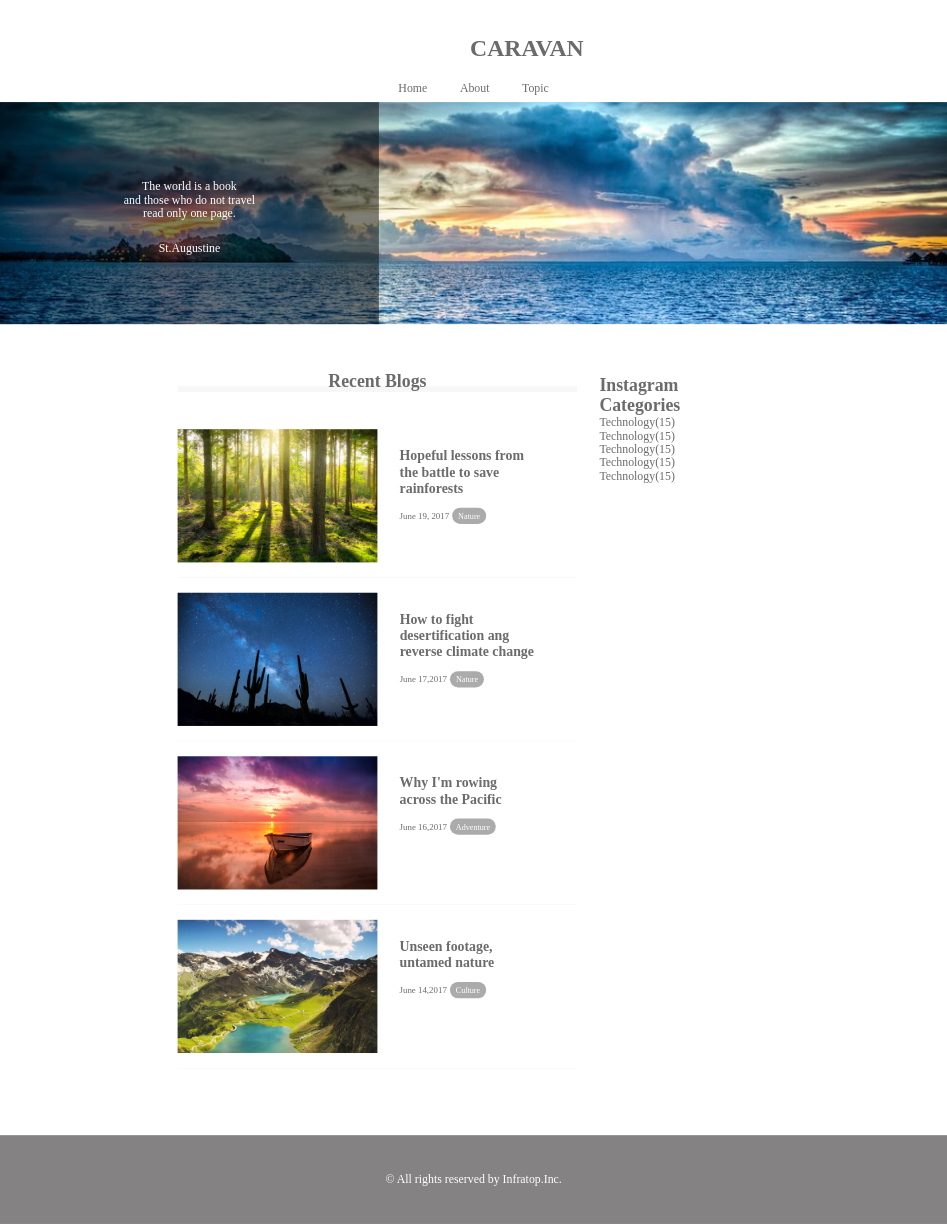
Repository: takanauti/task
Page: caravan/index.html
The author's editor kept a record of every edit. The page is drawn from the files as they stood at one moment, then again after the next edit.
The browser window is 1280 px wide. The pictures show the whole page, at 74% of full size.

Above is the page before.

### caravan/index.html
<!DOCTYPE html>
<html lang="ja">
  <head>
    <meta charset="UTF-8" />
    <!-- CSSファイルの読み込み -->
    <link rel="stylesheet" href="style.css" />
    <title>CARAVAN</title>
  </head>

  <body>
    <!--header-->
    <header>


　　 <h1 class="heading">
　　   <a href="index.html">
　　  CARAVAN
　　  </a>
　　 </h1>
    </header>

    <nav>
     <ul class="nav-list">
       <li class="nav-list-item">
         <a href="index.html">Home</a>
       </li>
       <li class="nav-list-item">About</li>
       <li class="nav-list-item">Topic</li>
     </ul>
    </nav>


        <!-- main-visual用のdiv -->
    <div class="main-visual">
    <div class="main-visual-content">
      <p class="main-visual-text">
        The world is a book<br />
        and those who do not travel<br />
        read only one page.
      </p>
      <p class="main-visual-name">
        St.Augustine
      </p>
    </div>

    </div>

      <!-- main用のdiv -->
   <main>
      <section class="blog">
        <h2 class="blog-heading">Recent Blogs</h2>
        <div class="blog-box">
        <div class="blog-item">
          <img class="blog-image" src="img/forest.jpg"/>
          <section class="blog-text">
            <h3 class="blog-text-heading">
              <a href="single.html">
                Hopeful lessons from<br>
                the battle to save<br>
                rainforests
              </a>
            </h3>
            <p class="blog-date">June 19, 2017</p>
            <span class="category">Nature</span>
          </section>
        </div>
        <div class="blog-item">
        <img class="blog-image" src="img/desert.jpg"/>
        <section class="blog-text">
        <h3 class="blog-text-heading">
        <a href="single.html">
          How to fight <br>
          desertification ang <br>
          reverse climate change
        </a>
        </h3>
        <p class="blog-date">June 17,2017</p>
        <span class="category">Nature</span>
        </section>
        </div>

        <div class="blog-item">
        <img class="blog-image" src="img/sunset.jpg"/>
        <section class="blog-text">
         <h3 class="blog-text-heading">
          <a href="single.html">
            Why I'm rowing <br>
            across the Pacific
          </a>
         </h3>
         <p class="blog-date">June 16,2017</p>
        <span class="category">Adventure</span>
        </section>
        </div>
        <div class="blog-item">
          <img class="blog-image" src="img/italy.jpg"/>
          <section class="blog-text">
          <h3 class="blog-text-heading">
          <a href="single.html">
           Unseen footage,<br>
           untamed nature
          </a>
          </h3>
          <p class="blog-date">June 14,2017</p>
          <span class="category">Culture</span>
          </section>
        </div>
        </div>
        </section>
      <div class="sidebar">
        <section class="popular">
        <h2 class="instagram-heading common-heading">Instagram</h2>
        <div class="sidebar-contents">
        <div class="instagram-box"></div>
        <div class="instagram-box"></div>
        <div class="instagram-box"></div>
        <div class="instagram-box"></div>
        <div class="instagram-box"></div>
        <div class="instagram-box"></div>
        </div>
        </section>
        <section class="categories">
        <h2 class="categories-heading common-heading">Categories</h2>
        <div class="sidebar-contents">
          <p class="categories-text">Technology(15)</p>
          <p class="categories-text">Technology(15)</p>
          <p class="categories-text">Technology(15)</p>
          <p class="categories-text">Technology(15)</p>
          <p class="categories-text">Technology(15)</p>
        </div>
        </section>
      </div>
    </main>



    <!--footer-->
    <footer>
    <p class="footer-text">© All rights reserved by Infratop.Inc.</p>
    </footer>

    </body>
</html>

### caravan/style.css
/* ブラウザがそれぞれ持っているCSSをリセットするための記述 */
* {
  margin: 0;
  padding: 0;
  box-sizing: border-box;
  color: #6c6b6b;
}

a {
  text-decoration: none;
}

header {
  width: 90%; /* 横幅90% */
  padding: 15px 0;
  margin: 0 auto;
  text-align: center;
}

header .heading {
  /* headerタグ内のheadingクラスにのみ反映される */
  font-size: 32px;
}

.nav-list {
  text-align: center;
  padding: 10px 0;
  margin: 0 auto;
}

.nav-list-item {
  list-style: none;
  display: inline-block;
  margin: 0 20px;
}

.main-visual {
  width: 100%; /* 横幅いっぱい */
  height: 300px; /* 高さ300px */
  background-image: url(img/mv.jpg);
  background-size: cover; /* 縦横比を維持したまま背景領域を埋め尽くす */
  background-position: center; /* 背景画像を中央に配置 */
}

.main-visual-content {
  width: 40%; /* 横幅40% */
  height: 300px; /* 親の高さに揃える */
  background-color: rgba(0, 0, 0, 0.5); /* 背景色を半透明の黒にする */
  text-align: center; /* 文字を中央揃えにする */
  padding-top: 105px; /* 上側の内側余白で垂直方向の位置を調整 */
}

.main-visual-text {
  color: #fff; /* 文字色を白に変更 */
}

.main-visual-name {
  margin-top: 30px; /* 上側の外側の余白 */
  color: #fff; /* 文字色を白に変更 */
}

main{
  width:800px;
  display: flex;
  justify-content:center;
  margin:0 auto;
  padding:70px 0;
}

.blog {
  width:540px;
  margin-right: 30px;
}

.blog-heading{
  border-bottom: 8px solid#f7f7f7;
  text-align: center;
  line-height: 0.6;
}

.blog-box{
  padding-top: 50px;
}

.blog-item{
  padding-bottom: 20px;
  margin-bottom: 20px;
  border-bottom: 1px solid #f7f7f7;
  display: flex;
  justify-content:flex-start;
}

.blog-image{
  height: 180px;
}

.blog-text{
  padding: 25px 0 0 30px;
}

.blog-text-heading{
  padding-bottom: 15px;
}

.blog-date{
  font-size: 12px;
  display: inline-block;
}

.category{
  display: inline-block;
  padding: 5px 8px;
  background-color: #acabab;
  border-radius: 30px;
  color:#fff;
  font-size:11px;
}

.sidebar {
  width: 230px;
}

footer {
  width: 100%;
  height: 120px;
  text-align: center;
  line-height: 120px;
  background-color: #848282;
}

.footer-text {
  color: #fff;
}

After the next edit:
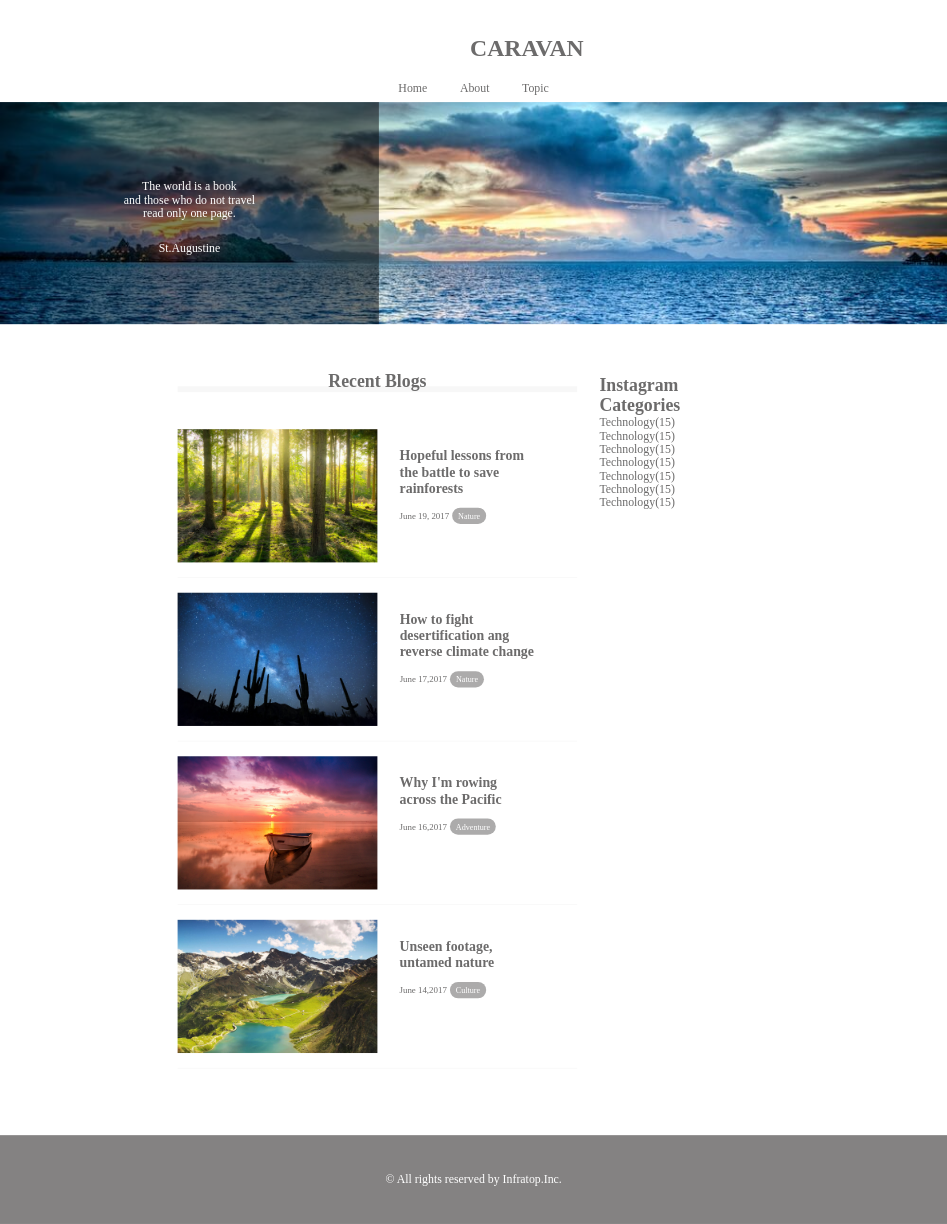
The edit:
--- a/caravan/index.html
+++ b/caravan/index.html
@@ -127,6 +127,8 @@
           <p class="categories-text">Technology(15)</p>
           <p class="categories-text">Technology(15)</p>
           <p class="categories-text">Technology(15)</p>
+          <p class="categories-text">Technology(15)</p>
+          <p class="categories-text">Technology(15)</p>
         </div>
         </section>
       </div>
